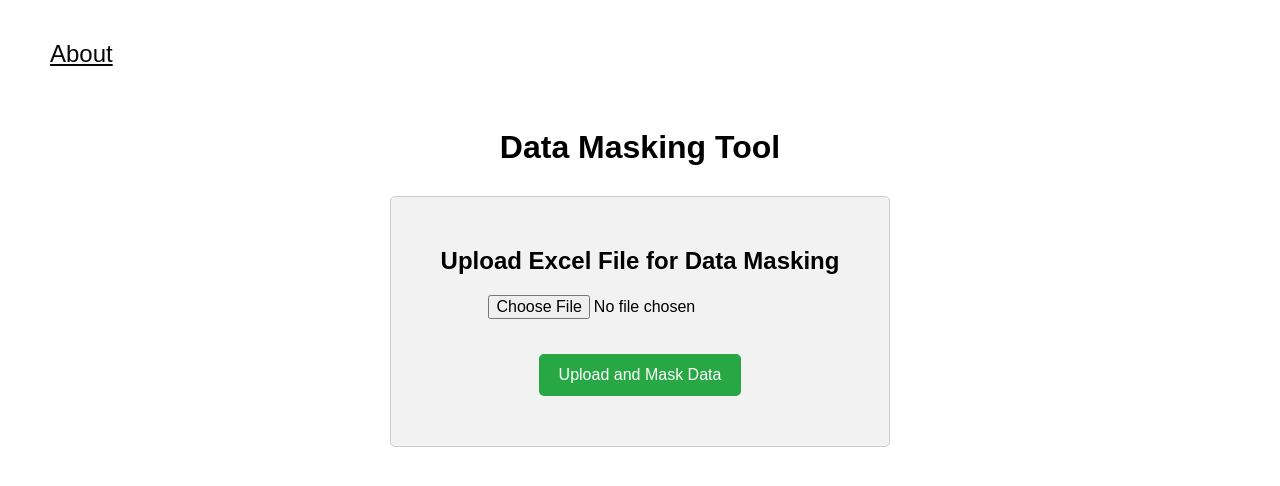
Repository: prithika12/DataMasking_Tool
Page: index.html
These files come from the project's save history. The page is drawn as it stood at one moment and after the next save; the edit follows.
The browser window is 1280 px wide. The pictures show the whole page.

Above is the page before, as saved 2024-07-09 12:04:40.

### index.html
<!DOCTYPE html>
<html>
<head>
    <title>Data Masking Tool</title>
    <style>
        body {
            font-family: Arial, sans-serif;
            margin: 0px;
            padding: 0;
            display: flex;
            flex-direction: column; /* Align items in a column */
            justify-content: center; /* Center vertically */
            align-items: center; /* Center horizontally */
            height: 80vh; /* Full viewport height */
        }
        .container {
            max-width: 600px;
            padding: 30px 50px;
            background-color: #f2f2f2;
            border: 1px solid #ccc;
            border-radius: 5px;
            text-align: center; /* Center text inside container */
        }
        h1 {
            text-align: center; /* Center text */
            margin-top: 0; /* Remove default margin */
            margin-bottom: 30px;
        }
        h2 {
            text-align: center;
        }
        input[type="file"] {
            display: block;
            font-size: medium;
            margin: 20px auto;
        }
        button {
            display: block;
            margin: 20px auto;
            font-size: medium;
            margin-top: 35px;
            padding: 12px 20px;
            background-color: #28a745;
            color: white;
            border: none;
            border-radius: 5px;
            cursor: pointer;
        }
        button:hover {
            background-color: #218838;
        }
        .about-link {
            position: absolute;
            top: 20px;
            left: 20px;
            padding: 20px 30px;
        }
        .about-link a {
            color: #070708;
            font-size: x-large;
            text-decoration: underline;
        }
        .about-link a:hover {
            text-decoration: underline;
        }
    </style>
</head>
<body>
    <h1>Data Masking Tool</h1>
    <div class="container">
        <h2>Upload Excel File for Data Masking</h2>
        <form action="/uploader" method="post" enctype="multipart/form-data">
            <input type="file" name="file" accept=".xlsx">
            <button type="submit">Upload and Mask Data</button>
        </form>
    </div>
    <div class="about-link">
        <a href="https://github.com/prithika12/DataMasking_Tool/blob/main/README.md" target="_blank">About</a>
    </div>
</body>
</html>

After the next save:
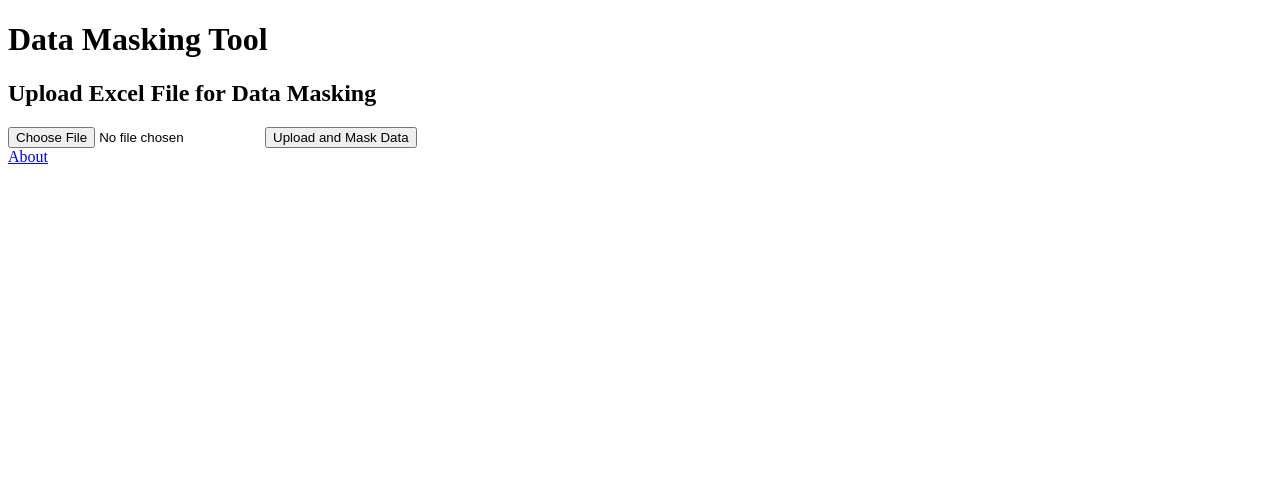
Not found: styles.css
Saved 49 s later.
--- a/index.html
+++ b/index.html
@@ -2,68 +2,7 @@
 <html>
 <head>
     <title>Data Masking Tool</title>
-    <style>
-        body {
-            font-family: Arial, sans-serif;
-            margin: 0px;
-            padding: 0;
-            display: flex;
-            flex-direction: column; /* Align items in a column */
-            justify-content: center; /* Center vertically */
-            align-items: center; /* Center horizontally */
-            height: 80vh; /* Full viewport height */
-        }
-        .container {
-            max-width: 600px;
-            padding: 30px 50px;
-            background-color: #f2f2f2;
-            border: 1px solid #ccc;
-            border-radius: 5px;
-            text-align: center; /* Center text inside container */
-        }
-        h1 {
-            text-align: center; /* Center text */
-            margin-top: 0; /* Remove default margin */
-            margin-bottom: 30px;
-        }
-        h2 {
-            text-align: center;
-        }
-        input[type="file"] {
-            display: block;
-            font-size: medium;
-            margin: 20px auto;
-        }
-        button {
-            display: block;
-            margin: 20px auto;
-            font-size: medium;
-            margin-top: 35px;
-            padding: 12px 20px;
-            background-color: #28a745;
-            color: white;
-            border: none;
-            border-radius: 5px;
-            cursor: pointer;
-        }
-        button:hover {
-            background-color: #218838;
-        }
-        .about-link {
-            position: absolute;
-            top: 20px;
-            left: 20px;
-            padding: 20px 30px;
-        }
-        .about-link a {
-            color: #070708;
-            font-size: x-large;
-            text-decoration: underline;
-        }
-        .about-link a:hover {
-            text-decoration: underline;
-        }
-    </style>
+    <link rel="stylesheet" type="text/css" href="styles.css">
 </head>
 <body>
     <h1>Data Masking Tool</h1>
